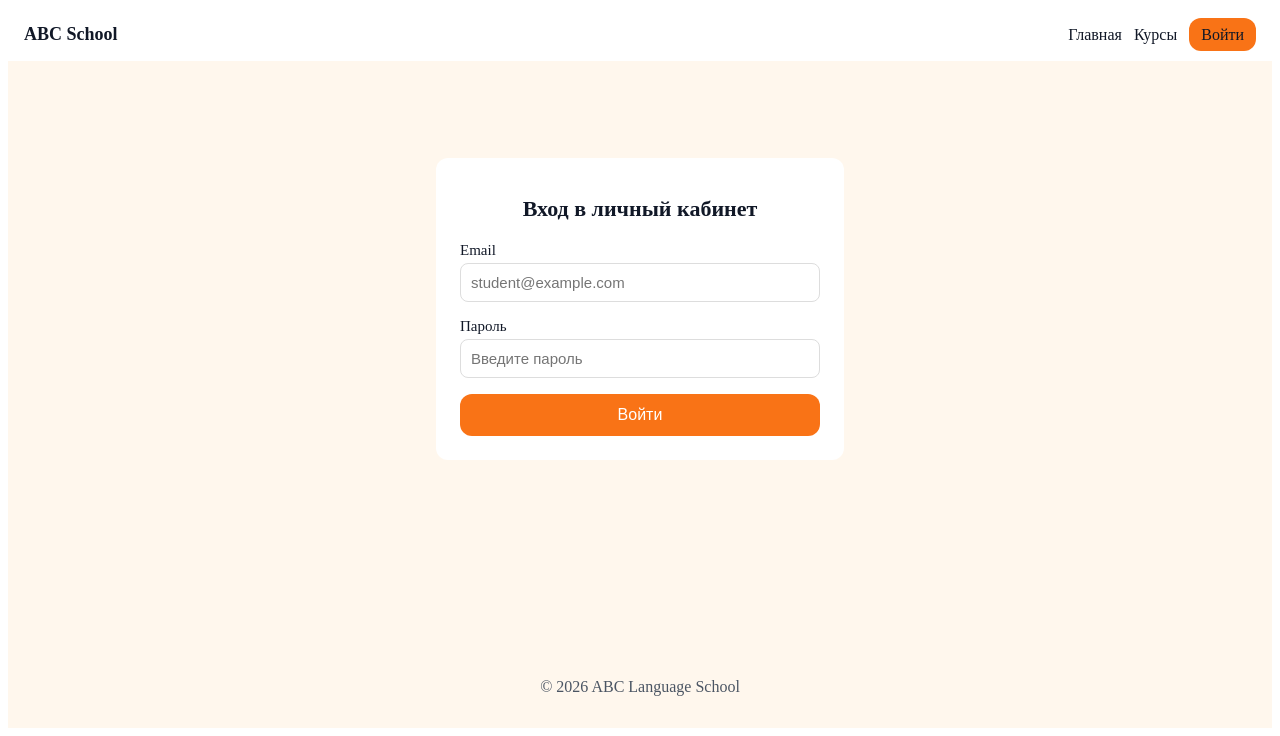
Repository: vidergooold/abc-language-school
Page: /login (app in frontend/)
An editor plug-in stored every save of this project. The page is shown before and after the next save, followed by the edit.
The browser window is 1280 px wide. The pictures show the whole page.
The project was rebuilt for these pictures with package versions that can differ from the ones it lists, and the page was loaded fresh each time. Also part of the build but not shown: frontend/vite.config.ts, frontend/src/components/ui/BaseButton.vue, frontend/src/stores/enrollment.ts, frontend/src/components/home/LeadForm.vue, frontend/src/components/home/HeroSection.vue, frontend/src/components/home/StatsBlock.vue, frontend/src/components/home/CoursesPreview.vue, frontend/src/pages/Home.vue and 8 more.

Above is the page before, as saved 2026-01-10 18:45:59.

### frontend/src/main.ts
import { createApp } from 'vue'
import App from './App.vue'
import router from './router'
import './styles/theme.css'

import { createPinia } from 'pinia'

const pinia = createPinia()

createApp(App)
  .use(router)
  .use(pinia)
  .mount('#app')

### frontend/src/App.vue
<template>
  <div class="app">
    <Header />
    <main class="app-main">
      <router-view />
    </main>
    <Footer />
  </div>
</template>

<script setup lang="ts">
import Header from './components/layout/Header.vue'
import Footer from './components/layout/Footer.vue'
</script>

<style scoped>
.app {
  min-height: 100vh;
  display: flex;
  flex-direction: column;
  background: var(--bg-main);
  color: var(--text-main);
  font-size: var(--font-size-base);
}

.app-main {
  flex: 1; /* растягиваем контент, футер падает вниз */
  padding: 16px;
}
</style>

### frontend/src/router/index.ts
import { createRouter, createWebHistory } from 'vue-router'

import Home from '@/pages/Home.vue'
import Courses from '@/pages/Courses.vue'
import Login from '@/pages/Login.vue'
import Register from '@/pages/Register.vue' // 🔹 новый импорт

import AccountLayout from '@/components/layout/AccountLayout.vue'
import Profile from '@/pages/account/Profile.vue'

import { useAuthStore } from '@/stores/auth'

const router = createRouter({
  history: createWebHistory(),
  routes: [
    {
      path: '/',
      component: Home,
    },
    {
      path: '/courses',
      component: Courses,
    },
    {
      path: '/login',
      component: Login,
    },
    {
      path: '/register',          // 🔹 маршрут регистрации
      component: Register,
    },
    {
      path: '/account',
      component: AccountLayout,
      meta: { requiresAuth: true },
      children: [
        {
          path: '',
          component: Profile,
        },
      ],
    },
  ],
})

/**
 * Глобальная защита маршрутов
 */
router.beforeEach((to) => {
  const auth = useAuthStore()

  if (to.meta.requiresAuth && !auth.token) {
    return '/login'
  }
})

export default router

### frontend/src/styles/theme.css
:root {
  /* Brand */
  --brand-orange: #F97316;
  --brand-red: #EF4444;
  --brand-yellow: #FACC15;
  --font-size-base: 16px;
  --font-size-title: 28px;

  /* Backgrounds */
  --bg-main: #FFF7ED;
  --bg-white: #ffffff;

  /* Text */
  --text-main: #111827;
  --text-secondary: #4B5563;

  /* UI */
  --border-radius: 12px;
  --transition: 0.2s ease-in-out;
}

### frontend/src/components/layout/Header.vue
<template>
  <header class="header">
    <div class="logo">ABC School</div>
    <nav class="nav">
      <RouterLink to="/">Главная</RouterLink>
      <RouterLink to="/courses">Курсы</RouterLink>
      <RouterLink to="/login" class="cta">Войти</RouterLink>
    </nav>
  </header>
</template>

<script setup lang="ts">
import { RouterLink } from 'vue-router'
</script>

<style scoped>
.header {
  display: flex;
  justify-content: space-between;
  align-items: center;
  padding: 16px;
  background: var(--bg-white);
}

.logo {
  font-weight: 700;
  font-size: 18px;
}

.nav a {
  margin-left: 12px;
  text-decoration: none;
  color: var(--text-main);
}

.cta {
  padding: 8px 12px;
  background: var(--brand-orange);
  color: white;
  border-radius: var(--border-radius);
}
</style>

### frontend/src/components/layout/Footer.vue
<template>
  <footer class="footer">
    <p>© 2026 ABC Language School</p>
  </footer>
</template>

<style scoped>
.footer {
  margin-top: 40px;
  padding: 16px;
  text-align: center;
  color: var(--text-secondary);
}
</style>

### frontend/src/pages/Login.vue
<template>
  <main class="login-page">
    <form class="login-form" @submit.prevent="submit">
      <h1 class="login-title">Вход в личный кабинет</h1>

      <div class="field">
        <label>Email</label>
        <input
          v-model="email"
          type="email"
          placeholder="student@example.com"
          required
        />
      </div>

      <div class="field">
        <label>Пароль</label>
        <input
          v-model="password"
          type="password"
          placeholder="Введите пароль"
          required
        />
      </div>

      <button class="login-btn" type="submit">
        Войти
      </button>

      <p v-if="error" class="error">
        {{ error }}
      </p>
    </form>
  </main>
</template>

<script setup lang="ts">
import { ref } from 'vue'
import { useRouter } from 'vue-router'
import { useAuthStore } from '@/stores/auth'

const email = ref('')
const password = ref('')

const error = ref<string | null>(null)

const authStore = useAuthStore()
const router = useRouter()

async function submit() {
  error.value = null

  try {
    await authStore.login(email.value, password.value)
    router.push('/account')
  } catch (e) {
    error.value = 'Неверный email или пароль'
  }
}
</script>

<style scoped>
.login-page {
  min-height: 60vh;
  display: flex;
  align-items: center;
  justify-content: center;
  padding: 16px;
}

.login-form {
  width: 100%;
  max-width: 360px;
  background: var(--bg-white);
  padding: 24px;
  border-radius: var(--border-radius);
}

.login-title {
  font-size: 22px;
  margin-bottom: 20px;
  text-align: center;
}

.field {
  display: flex;
  flex-direction: column;
  margin-bottom: 16px;
}

.field label {
  font-size: 15px;
  margin-bottom: 4px;
}

.field input {
  padding: 10px;
  border-radius: 8px;
  border: 1px solid #ddd;
  font-size: 15px;
}

.login-btn {
  width: 100%;
  padding: 12px;
  background: var(--brand-orange);
  color: #fff;
  border: none;
  border-radius: var(--border-radius);
  font-size: 16px;
  cursor: pointer;
}

.error {
  margin-top: 12px;
  color: var(--brand-red);
  font-size: 15px;
  text-align: center;
}
</style>

### frontend/src/stores/auth.ts
import { defineStore } from 'pinia'
import http from '@/api/http'

export const useAuthStore = defineStore('auth', {
  state: () => ({
    token: localStorage.getItem('token') as string | null,
  }),

  actions: {
    async login(email: string, password: string) {
      const res = await http.post('/auth/login', { email, password })
      this.token = res.data.access_token
      localStorage.setItem('token', this.token!)
    },
    logout() {
      this.token = null
      localStorage.removeItem('token')
    },
  },
})

### frontend/src/api/http.ts
import axios from 'axios'
import { useAuthStore } from '@/stores/auth'

const http = axios.create({
  baseURL: 'http://localhost:8000/api/v1',
  headers: {
    'Content-Type': 'application/json',
  },
})

// автоматически добавляем JWT, если есть
http.interceptors.request.use((config) => {
  const authStore = useAuthStore()
  if (authStore.token) {
    config.headers = config.headers || {}
    config.headers.Authorization = `Bearer ${authStore.token}`
  }
  return config
})

export default http

Loaded but not shown: frontend/index.html (common file)

After the next save:
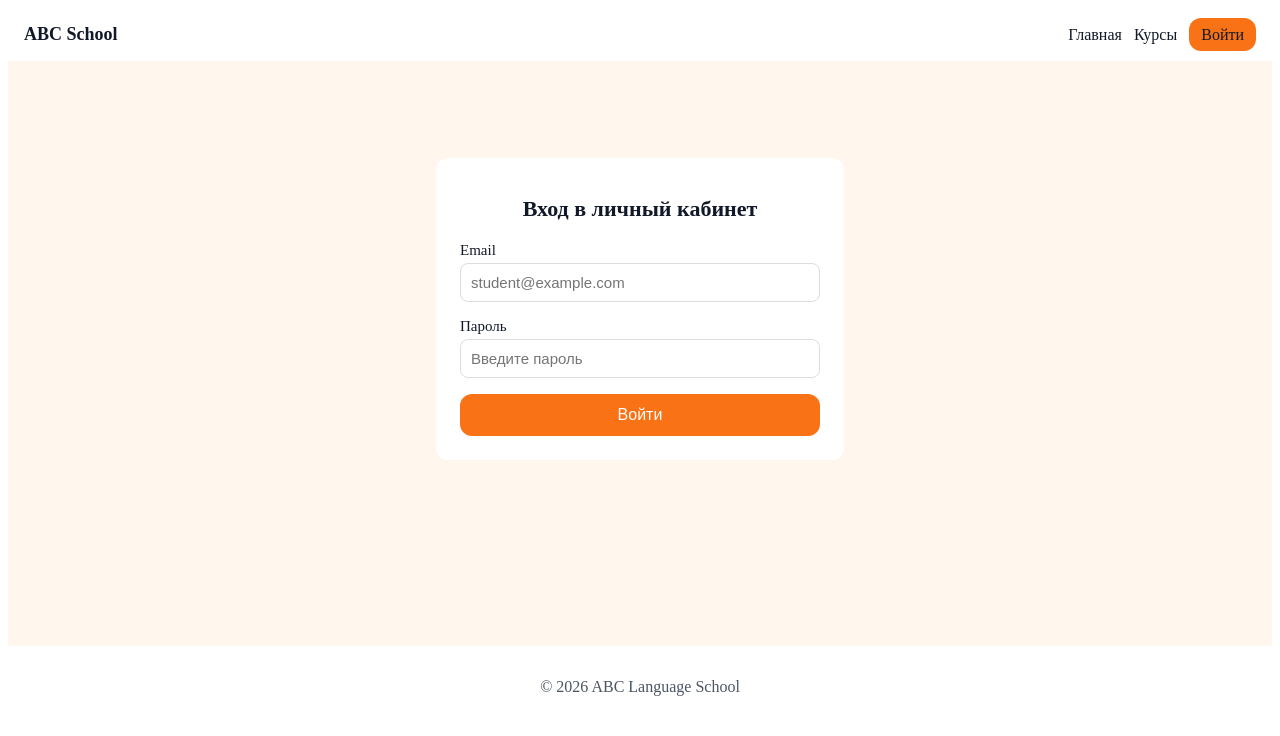
Saved 30 s later.
--- a/frontend/src/components/layout/Footer.vue
+++ b/frontend/src/components/layout/Footer.vue
@@ -6,9 +6,9 @@
 
 <style scoped>
 .footer {
-  margin-top: 40px;
   padding: 16px;
   text-align: center;
   color: var(--text-secondary);
+  background: var(--bg-white);
 }
 </style>
